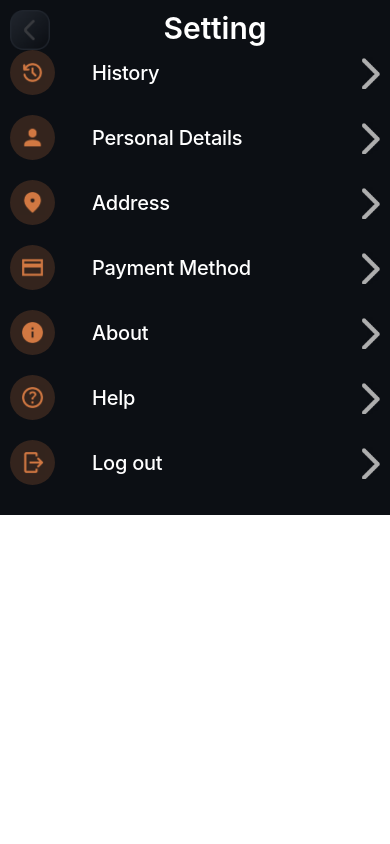
Repository: nguoilaisaochoi/App-coffe
Screen: /
The author's editor kept a copy of each file at every save. The screen is drawn from the files as they stood at one save, then again after a run of saves.
The app was drawn by React Native's web renderer in a window 390 px wide. The project was rebuilt for these pictures with package versions that can differ from the ones it lists, and the page was loaded fresh each time.

Above is the screen before, as saved 2024-01-13 09:06:49.

After the next 3 saves:
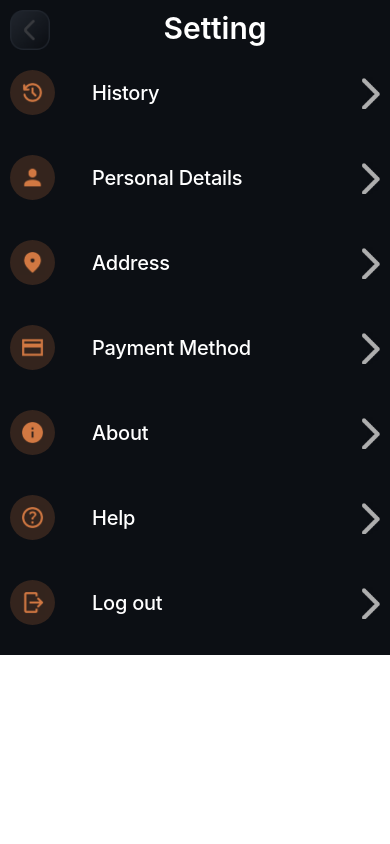
The 3 saves are shown as one change because they came seconds apart.
The last was saved 12 s later.
--- a/src/Setting.js
+++ b/src/Setting.js
@@ -141,6 +141,7 @@ const mystyle = StyleSheet.create({
     display: 'flex',
     flexDirection: 'row',
     alignItems: 'center',
+    marginTop:20,
     marginBottom:20,
   },
   text: {
